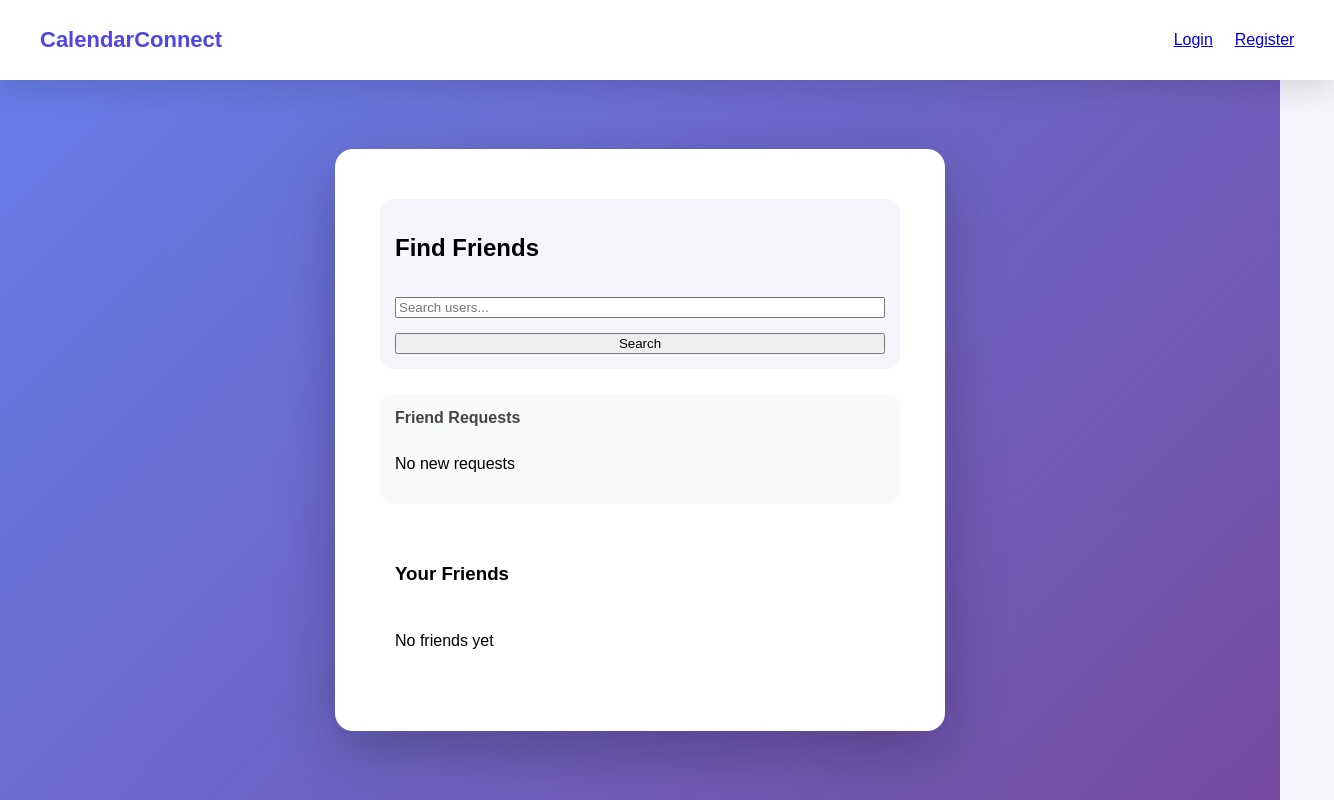
Repository: BMXracer44/CalendarConnect
Page: /friends (app in frontend/)
These files come from the project's save history. The page is drawn as it stood at one moment and after the next save; the edit follows.
The browser window is 1280 px wide. The page is 1334 px wide, so the pictures cover 1334 px, including what lies to the right of the window. The pictures show the whole page.
The project was rebuilt for these pictures with package versions that can differ from the ones it lists, and the page was loaded fresh each time. Also part of the build but not shown: frontend/src/pages/Login.jsx, frontend/src/pages/Register.jsx, frontend/src/pages/Profile.jsx, frontend/src/pages/Calendar.jsx.

Above is the page before, as saved 2026-05-01 14:48:05.

### frontend/src/index.js
import React from "react";
import ReactDOM from "react-dom/client";
import App from "./App";
import { AuthProvider } from "./context/AuthContext";
import { router } from "./router";
import { RouterProvider } from "react-router-dom";
import "./index.css";

ReactDOM.createRoot(document.getElementById("root")).render(
  <AuthProvider>
    <RouterProvider router={router} />
  </AuthProvider>
);

### frontend/src/router.jsx
import { createBrowserRouter } from "react-router-dom";
import App from "./App";
import Login from "./pages/Login";
import Register from "./pages/Register";
import Home from "./pages/Home";
import Profile from "./pages/Profile";
import Calendar from "./pages/Calendar";
import Friends from "./pages/Friends";

export const router = createBrowserRouter([
  {
    path: "/",
    element: <App />,
    children: [
      { index: true, element: <Login /> },
      { path: "register", element: <Register /> },
      { path: "calendar", element: <Calendar /> },
      { path: "profile", element: <Profile /> },
      { path: "friends", element: <Friends /> }
    ]
  }
]);

### frontend/src/index.css
/* =========================
   GLOBAL
========================= */
body {
  margin: 0;
  font-family: Arial, sans-serif;
  background: #f4f6fb;
}

/* =========================
   NAVBAR
========================= */
.navbar {
  width: 98%;
  height: 80px;

  display: flex;
  justify-content: space-between;
  align-items: center;

  padding: 0 40px;

  background: rgba(255, 255, 255, 0.92);
  backdrop-filter: blur(12px);

  box-shadow: 0 10px 30px rgba(0, 0, 0, 0.12);

  position: sticky;
  top: 0;
  z-index: 1000;
}

.navbar-left {
  font-size: 22px;
  font-weight: 800;
  color: #4f46e5;
}

.navbar-right {
  display: flex;
  align-items: center;
  gap: 22px;
}

.nav-link {
  text-decoration: none;
  font-size: 15px;
  font-weight: 600;
  color: #555;
  padding: 10px 12px;
  border-radius: 10px;
  transition: 0.2s ease;
}

.nav-link:hover {
  background: rgba(102, 126, 234, 0.12);
  color: #4f46e5;
}

.nav-user {
  font-size: 14px;
  font-weight: 600;
  color: #333;
  padding: 8px 12px;
  border-radius: 10px;
  background: rgba(102, 126, 234, 0.08);
}

.nav-button {
  padding: 10px 16px;

  border-radius: 10px;
  border: none;

  background: linear-gradient(135deg, #667eea, #764ba2);
  color: white;

  font-size: 13px;
  font-weight: 600;

  cursor: pointer;

  transition: 0.2s ease;
}

.nav-button:hover {
  transform: translateY(-2px);
  box-shadow: 0 8px 18px rgba(102, 126, 234, 0.35);
}

/* =========================
   LOGIN / REGISTER / PROFILE BACKGROUND
========================= */
.login-container {
  min-height: calc(100vh - 80px);

  display: flex;
  justify-content: center;
  align-items: center;

  padding: 40px 20px;

  background: linear-gradient(135deg, #667eea, #764ba2);
}

/* =========================
   LOGIN CARD
========================= */
.login-card {
  width: 100%;
  max-width: 520px;

  background: #ffffff;

  padding: 50px 45px;

  border-radius: 18px;

  box-shadow: 0 20px 60px rgba(0, 0, 0, 0.25);

  text-align: center;

  animation: fadeIn 0.4s ease-in-out;
}

.login-card h2 {
  font-size: 30px;
  margin-bottom: 10px;
  color: #333;
}

.login-card p {
  font-size: 15px;
  color: #777;
}

.login-card input {
  width: 100%;

  padding: 14px 16px;
  margin-top: 14px;

  border: 1px solid #ddd;
  border-radius: 12px;

  font-size: 15px;

  outline: none;
  transition: 0.25s ease;
}

.login-card input:focus {
  border-color: #667eea;
  box-shadow: 0 0 10px rgba(102, 126, 234, 0.35);
}

.login-card button {
  width: 100%;

  padding: 14px;

  margin-top: 22px;

  background: #667eea;
  color: white;

  border: none;
  border-radius: 12px;

  font-size: 16px;
  font-weight: bold;

  cursor: pointer;

  transition: 0.2s ease;
}

.login-card button:hover {
  background: #5a67d8;
  transform: translateY(-2px);
}

/* =========================
   PROFILE LAYOUT (LEFT / RIGHT)
========================= */
.profile-container {
  min-height: calc(100vh - 80px);

  display: flex;
  justify-content: center;
  align-items: center;

  padding: 40px 20px;

  background: linear-gradient(135deg, #667eea, #764ba2);
}

.profile-card {
  width: 100%;
  max-width: 900px;

  background: white;

  padding: 40px;

  border-radius: 18px;

  box-shadow: 0 20px 60px rgba(0,0,0,0.25);

  display: flex;
  gap: 30px;
}

.profile-left {
  flex: 1;

  background: #f4f6fb;

  padding: 25px;

  border-radius: 14px;
}

.profile-right {
  flex: 2;
}

.profile-right input {
  width: 100%;

  padding: 14px 16px;
  margin-top: 12px;

  border: 1px solid #ddd;
  border-radius: 12px;

  font-size: 14px;

  outline: none;
}

.profile-right input:focus {
  border-color: #667eea;
  box-shadow: 0 0 10px rgba(102, 126, 234, 0.35);
}

.profile-right button {
  width: 100%;

  padding: 14px;

  margin-top: 20px;

  background: #667eea;
  color: white;

  border: none;
  border-radius: 12px;

  font-weight: bold;

  cursor: pointer;
}

.profile-right button:hover {
  transform: translateY(-2px);
}

/* =========================
   FRIENDS PAGE
========================= */
.friends-container {
  min-height: calc(100vh - 80px);

  display: flex;
  justify-content: center;
  align-items: flex-start;

  padding: 40px 20px;

  background: linear-gradient(135deg, #667eea, #764ba2);
}

.friends-card {
  width: 100%;
  max-width: 600px;

  background: white;

  padding: 40px;

  border-radius: 18px;

  box-shadow: 0 20px 60px rgba(0,0,0,0.25);
}

/* =========================
   CALENDAR PAGE
========================= */
.calendar-page {
  min-height: calc(100vh - 80px);

  display: flex;
  justify-content: center;
  align-items: flex-start;

  padding: 40px 20px;

  background: linear-gradient(135deg, #667eea, #764ba2);
}

/* =========================
   MODAL
========================= */
.modal-overlay {
  position: fixed;
  inset: 0;

  background: rgba(0,0,0,0.55);

  display: flex;
  justify-content: center;
  align-items: center;

  z-index: 9999;
}

.modal-box {
  width: 420px;

  background: white;

  padding: 45px 40px;

  border-radius: 18px;

  box-shadow: 0 20px 60px rgba(0,0,0,0.25);
}

/* =========================
   ADD EVENT BUTTON
========================= */
.addevent {
  padding: 12px 18px;

  border: none;
  border-radius: 12px;

  background: linear-gradient(135deg, #667eea, #764ba2);
  color: white;

  font-weight: 700;

  cursor: pointer;

  transition: 0.2s ease;
}

.addevent:hover {
  transform: translateY(-2px);
}

/* =========================
   ANIMATION
========================= */
@keyframes fadeIn {
  from {
    opacity: 0;
    transform: translateY(15px);
  }
  to {
    opacity: 1;
    transform: translateY(0);
  }
}
/* =========================
   MODAL HEADER (TITLE + ICONS)
========================= */
.modal-header {
  display: flex;
  justify-content: space-between;
  align-items: center;
  margin-bottom: 25px;
}

.modal-header h2 {
  margin: 0;
  font-size: 22px;
  color: #333;
}

/* ACTION ICONS (edit + close) */
.modal-actions {
  display: flex;
  gap: 14px;
}

.modal-actions span {
  font-size: 18px;
  padding: 6px 10px;
  border-radius: 10px;
  transition: 0.2s ease;
}

.modal-actions span:hover {
  background: rgba(102, 126, 234, 0.15);
  color: #4f46e5;
}

/* =========================
   FORM INPUTS (CREATE + EDIT)
========================= */
.modal-box input {
  width: 100%;

  padding: 13px 15px;
  margin-top: 12px;

  border: 1px solid #ddd;
  border-radius: 12px;

  font-size: 14px;

  outline: none;
  transition: 0.25s ease;
}

.modal-box input:focus {
  border-color: #667eea;
  box-shadow: 0 0 10px rgba(102, 126, 234, 0.35);
}

/* =========================
   TEXTAREA (if you upgrade later)
========================= */
.modal-box textarea {
  width: 100%;

  padding: 13px 15px;
  margin-top: 12px;

  border: 1px solid #ddd;
  border-radius: 12px;

  font-size: 14px;

  resize: none;
  outline: none;
}

/* =========================
   BUTTONS (CREATE / SAVE / CANCEL)
========================= */
.modal-box button {
  width: 100%;

  padding: 13px;
  margin-top: 18px;

  border-radius: 12px;
  border: none;

  font-size: 14px;
  font-weight: 600;

  cursor: pointer;
  transition: 0.2s ease;
}

/* PRIMARY BUTTON */
.modal-box button[type="submit"] {
  background: linear-gradient(135deg, #667eea, #764ba2);
  color: white;
}

.modal-box button[type="submit"]:hover {
  transform: translateY(-2px);
  box-shadow: 0 10px 20px rgba(102, 126, 234, 0.35);
}

/* CANCEL BUTTON */
.modal-box button[type="button"] {
  background: #f1f3f8;
  color: #444;
}

.modal-box button[type="button"]:hover {
  background: #e5e7eb;
}

/* =========================
   EVENT DETAILS DISPLAY
========================= */
.modal-box p {
  margin: 10px 0;
  font-size: 14px;
  color: #444;
}

.modal-box p b {
  font-size: 16px;
  color: #222;
}

/* =========================
   MODAL IMPROVEMENTS
========================= */
.modal-box {
  animation: fadeIn 0.3s ease;
}

.modal-overlay {
  backdrop-filter: blur(6px);
}
/* =========================
   FIND FRIENDS BUTTON
========================= */
.open-search-btn {
  padding: 12px 18px;

  border: none;
  border-radius: 12px;

  background: linear-gradient(135deg, #667eea, #764ba2);
  color: white;

  font-size: 13px;
  font-weight: 700;

  cursor: pointer;

  transition: 0.2s ease;

  box-shadow: 0 8px 18px rgba(102, 126, 234, 0.25);
}

.open-search-btn:hover {
  transform: translateY(-2px);
  box-shadow: 0 12px 24px rgba(102, 126, 234, 0.35);
}

.open-search-btn:active {
  transform: translateY(0px);
  box-shadow: 0 6px 14px rgba(102, 126, 234, 0.25);
}
.friends-search input {
  width: 94%;

  padding: 16px 18px;

  border: 1px solid #ddd;
  border-radius: 12px;

  font-size: 16px;

  outline: none;

  transition: 0.25s ease;
}

.friends-search input:focus {
  border-color: #667eea;
  box-shadow: 0 0 10px rgba(102, 126, 234, 0.35);
}
.friends-search button {
  margin-top: 12px;
  width: 100%;

  padding: 13px;

  border: none;
  border-radius: 12px;

  background: linear-gradient(135deg, #667eea, #764ba2);
  color: white;

  font-size: 14px;
  font-weight: 700;

  cursor: pointer;

  transition: 0.2s ease;

  box-shadow: 0 8px 18px rgba(102, 126, 234, 0.25);
}

.friends-search button:hover {
  transform: translateY(-2px);
  box-shadow: 0 12px 24px rgba(102, 126, 234, 0.35);
}

.friends-search button:active {
  transform: translateY(0px);
}
/* =========================
   ERROR POPUP (CONFLICT / SERVER ERRORS)
========================= */
.error-popup {
  position: fixed;
  top: 25px;
  left: 50%;
  transform: translateX(-50%);
  z-index: 10000;

  background: white;
  border-left: 6px solid #ef4444;

  padding: 14px 18px;
  border-radius: 12px;

  box-shadow: 0 10px 25px rgba(0,0,0,0.2);

  animation: fadeIn 0.3s ease;
  min-width: 280px;
}

.error-popup p {
  margin: 0;
  font-size: 14px;
  color: #333;
  font-weight: 600;
}

.error-box {
  display: flex;
  justify-content: space-between;
  align-items: center;
  gap: 12px;
}

/* CLOSE BUTTON */
.error-box button {
  background: #ef4444;
  color: white;

  border: none;
  border-radius: 8px;

  padding: 6px 10px;

  cursor: pointer;
  font-size: 12px;
  font-weight: 600;

  transition: 0.2s ease;
}

.error-box button:hover {
  background: #dc2626;
  transform: translateY(-1px);
}
.nav-bell {
  position: relative;
}

.dropdown {
  position: absolute;
  right: 0;
  top: 40px;
  background: white;
  padding: 10px;
  border-radius: 10px;
  width: 200px;
}
.friends-card {
  display: flex;
  flex-direction: column;
  gap: 25px;
}

/* =========================
   FRIENDS HEADER
========================= */
.friends-header {
  display: flex;
  justify-content: space-between;
  align-items: center;
}

.friends-header h2 {
  margin: 0;
  font-size: 22px;
  color: #333;
}

/* =========================
   SEARCH SECTION (TOP)
========================= */
.search-dropdown {
  display: flex;
  flex-direction: column;
  gap: 15px;

  padding: 15px;

  background: #f4f6fb;
  border-radius: 14px;
}

/* =========================
   FRIEND REQUESTS SECTION
========================= */
.friends-requests {
  display: flex;
  flex-direction: column;
  gap: 12px;

  padding: 15px;

  background: #f9fafc;
  border-radius: 14px;
}

.friends-requests h3 {
  margin: 0;
  font-size: 16px;
  color: #444;
}

/* =========================
   FRIENDS LIST SECTION
========================= */
.friends-list {
  display: flex;
  flex-direction: column;
  gap: 12px;

  padding: 15px;

  background: #ffffff;
  border-radius: 14px;
}

/* =========================
   EACH FRIEND ROW
========================= */
.friend-item {
  display: flex;
  justify-content: space-between;
  align-items: center;

  padding: 12px 14px;

  background: #f4f6fb;
  border-radius: 12px;

  transition: 0.2s ease;
}

.friend-item:hover {
  transform: translateY(-2px);
  box-shadow: 0 6px 14px rgba(0,0,0,0.08);
}

/* =========================
   SMALL BUTTON STYLE INSIDE LIST
========================= */
.friend-item button {
  padding: 8px 12px;

  border: none;
  border-radius: 10px;

  background: linear-gradient(135deg, #667eea, #764ba2);
  color: white;

  font-size: 12px;
  font-weight: 600;

  cursor: pointer;

  transition: 0.2s ease;
}

.friend-item button:hover {
  transform: translateY(-1px);
}
.friends-container {
  min-height: calc(100vh - 80px);

  display: flex;
  justify-content: center;
  align-items: center;

  padding: 40px 20px;

  background: linear-gradient(135deg, #667eea, #764ba2);
}

/* SAME STYLE AS LOGIN CARD */
.friends-card {
  width: 100%;
  max-width: 520px;

  background: #ffffff;

  padding: 50px 45px;

  border-radius: 18px;

  box-shadow: 0 20px 60px rgba(0, 0, 0, 0.25);

  display: flex;
  flex-direction: column;

  gap: 25px;

  animation: fadeIn 0.4s ease-in-out;
}

Loaded but not shown: frontend/src/context/AuthContext.js (29 lines, source omitted); frontend/src/App.js (14 lines, source omitted); frontend/src/pages/Friends.jsx (128 lines, source omitted); frontend/src/components/Navbar.jsx (96 lines, source omitted); frontend/src/pages/Home.jsx (no stored copy; drawn as an empty file)

After the next save:
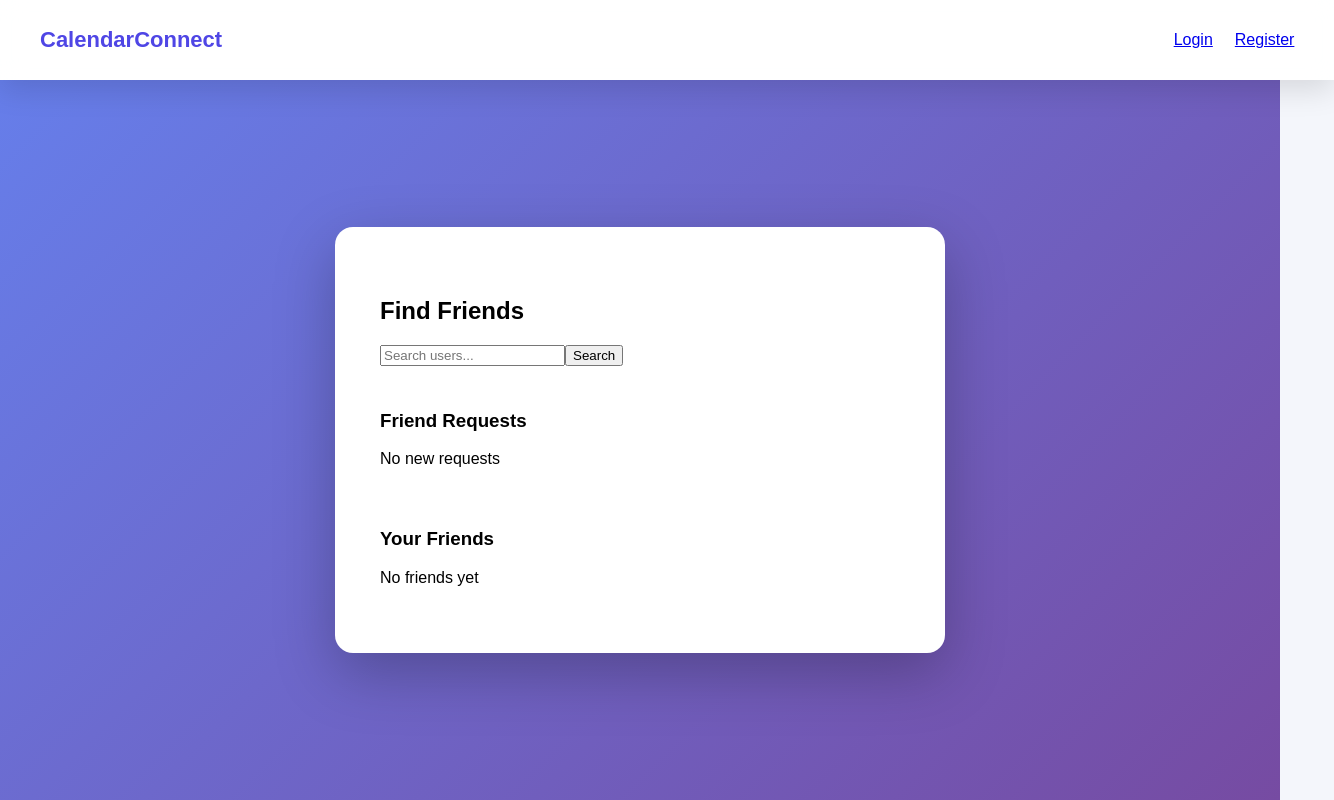
Saved 25 s later.
--- a/frontend/src/index.css
+++ b/frontend/src/index.css
@@ -669,109 +669,36 @@
 }
 
 /* =========================
-   FRIENDS HEADER
-========================= */
-.friends-header {
-  display: flex;
-  justify-content: space-between;
-  align-items: center;
-}
-
-.friends-header h2 {
-  margin: 0;
-  font-size: 22px;
-  color: #333;
-}
-
-/* =========================
-   SEARCH SECTION (TOP)
-========================= */
-.search-dropdown {
+   FRIENDS PAGE (LOGIN STYLE)
+========================= */
+.friends-container {
+  min-height: calc(100vh - 80px);
+
+  display: flex;
+  justify-content: center;
+  align-items: flex-start;
+
+  padding: 40px 20px;
+
+  background: linear-gradient(135deg, #667eea, #764ba2);
+}
+
+.friends-card {
+  width: 100%;
+  max-width: 520px;
+
+  background: white;
+
+  padding: 50px 45px;
+
+  border-radius: 18px;
+
+  box-shadow: 0 20px 60px rgba(0, 0, 0, 0.25);
+
   display: flex;
   flex-direction: column;
-  gap: 15px;
-
-  padding: 15px;
-
-  background: #f4f6fb;
-  border-radius: 14px;
-}
-
-/* =========================
-   FRIEND REQUESTS SECTION
-========================= */
-.friends-requests {
-  display: flex;
-  flex-direction: column;
-  gap: 12px;
-
-  padding: 15px;
-
-  background: #f9fafc;
-  border-radius: 14px;
-}
-
-.friends-requests h3 {
-  margin: 0;
-  font-size: 16px;
-  color: #444;
-}
-
-/* =========================
-   FRIENDS LIST SECTION
-========================= */
-.friends-list {
-  display: flex;
-  flex-direction: column;
-  gap: 12px;
-
-  padding: 15px;
-
-  background: #ffffff;
-  border-radius: 14px;
-}
-
-/* =========================
-   EACH FRIEND ROW
-========================= */
-.friend-item {
-  display: flex;
-  justify-content: space-between;
-  align-items: center;
-
-  padding: 12px 14px;
-
-  background: #f4f6fb;
-  border-radius: 12px;
-
-  transition: 0.2s ease;
-}
-
-.friend-item:hover {
-  transform: translateY(-2px);
-  box-shadow: 0 6px 14px rgba(0,0,0,0.08);
-}
-
-/* =========================
-   SMALL BUTTON STYLE INSIDE LIST
-========================= */
-.friend-item button {
-  padding: 8px 12px;
-
-  border: none;
-  border-radius: 10px;
-
-  background: linear-gradient(135deg, #667eea, #764ba2);
-  color: white;
-
-  font-size: 12px;
-  font-weight: 600;
-
-  cursor: pointer;
-
-  transition: 0.2s ease;
-}
-
+  gap: 25px;
+}
 .friend-item button:hover {
   transform: translateY(-1px);
 }

After the save that followed:
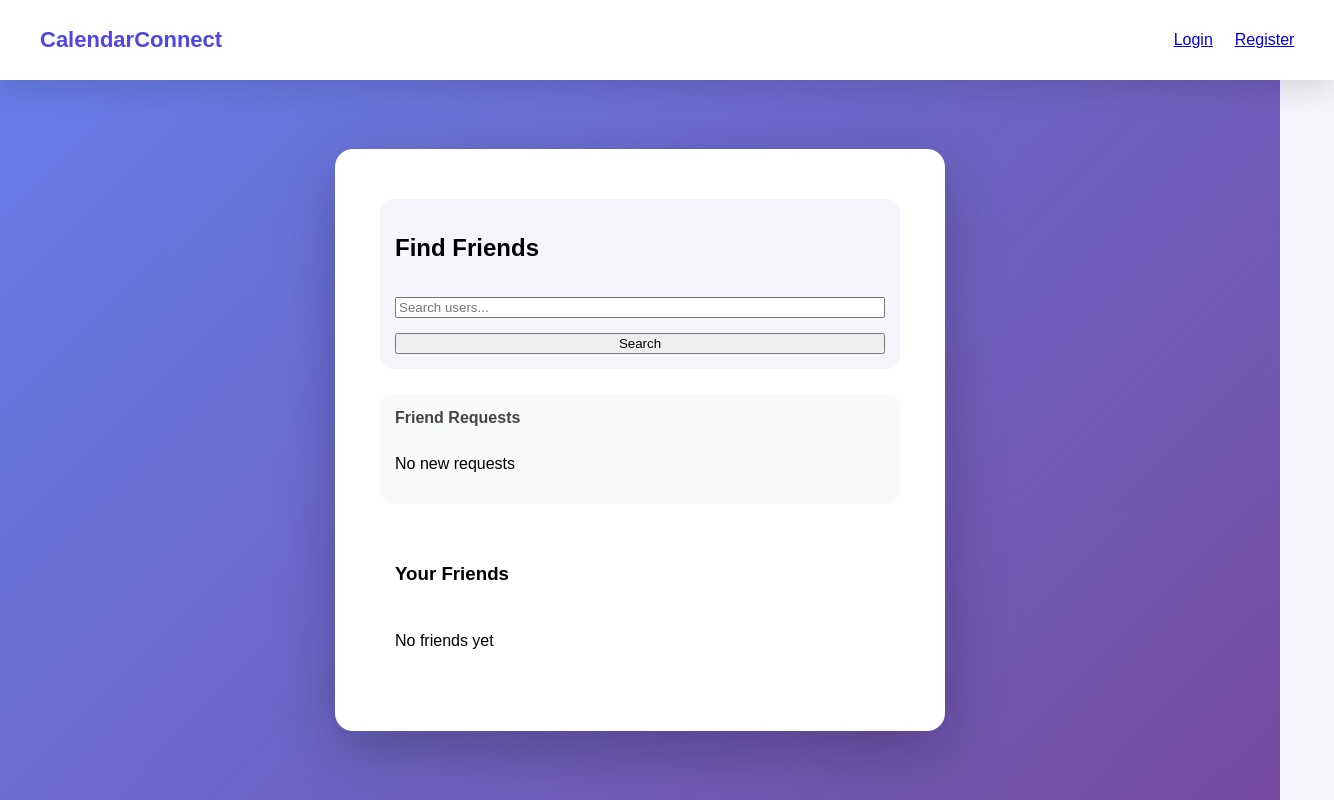
Saved 7 s later.
--- a/frontend/src/index.css
+++ b/frontend/src/index.css
@@ -669,44 +669,117 @@
 }
 
 /* =========================
-   FRIENDS PAGE (LOGIN STYLE)
-========================= */
+   FRIENDS HEADER
+========================= */
+.friends-header {
+  display: flex;
+  justify-content: space-between;
+  align-items: center;
+}
+
+.friends-header h2 {
+  margin: 0;
+  font-size: 22px;
+  color: #333;
+}
+
+/* =========================
+   SEARCH SECTION (TOP)
+========================= */
+.search-dropdown {
+  display: flex;
+  flex-direction: column;
+  gap: 15px;
+
+  padding: 15px;
+
+  background: #f4f6fb;
+  border-radius: 14px;
+}
+
+/* =========================
+   FRIEND REQUESTS SECTION
+========================= */
+.friends-requests {
+  display: flex;
+  flex-direction: column;
+  gap: 12px;
+
+  padding: 15px;
+
+  background: #f9fafc;
+  border-radius: 14px;
+}
+
+.friends-requests h3 {
+  margin: 0;
+  font-size: 16px;
+  color: #444;
+}
+
+/* =========================
+   FRIENDS LIST SECTION
+========================= */
+.friends-list {
+  display: flex;
+  flex-direction: column;
+  gap: 12px;
+
+  padding: 15px;
+
+  background: #ffffff;
+  border-radius: 14px;
+}
+
+/* =========================
+   EACH FRIEND ROW
+========================= */
+.friend-item {
+  display: flex;
+  justify-content: space-between;
+  align-items: center;
+
+  padding: 12px 14px;
+
+  background: #f4f6fb;
+  border-radius: 12px;
+
+  transition: 0.2s ease;
+}
+
+.friend-item:hover {
+  transform: translateY(-2px);
+  box-shadow: 0 6px 14px rgba(0,0,0,0.08);
+}
+
+/* =========================
+   SMALL BUTTON STYLE INSIDE LIST
+========================= */
+.friend-item button {
+  padding: 8px 12px;
+
+  border: none;
+  border-radius: 10px;
+
+  background: linear-gradient(135deg, #667eea, #764ba2);
+  color: white;
+
+  font-size: 12px;
+  font-weight: 600;
+
+  cursor: pointer;
+
+  transition: 0.2s ease;
+}
+
+.friend-item button:hover {
+  transform: translateY(-1px);
+}
 .friends-container {
   min-height: calc(100vh - 80px);
 
   display: flex;
   justify-content: center;
-  align-items: flex-start;
-
-  padding: 40px 20px;
-
-  background: linear-gradient(135deg, #667eea, #764ba2);
-}
-
-.friends-card {
-  width: 100%;
-  max-width: 520px;
-
-  background: white;
-
-  padding: 50px 45px;
-
-  border-radius: 18px;
-
-  box-shadow: 0 20px 60px rgba(0, 0, 0, 0.25);
-
-  display: flex;
-  flex-direction: column;
-  gap: 25px;
-}
-.friend-item button:hover {
-  transform: translateY(-1px);
-}
-.friends-container {
-  min-height: calc(100vh - 80px);
-
-  display: flex;
-  justify-content: center;
   align-items: center;
 
   padding: 40px 20px;
